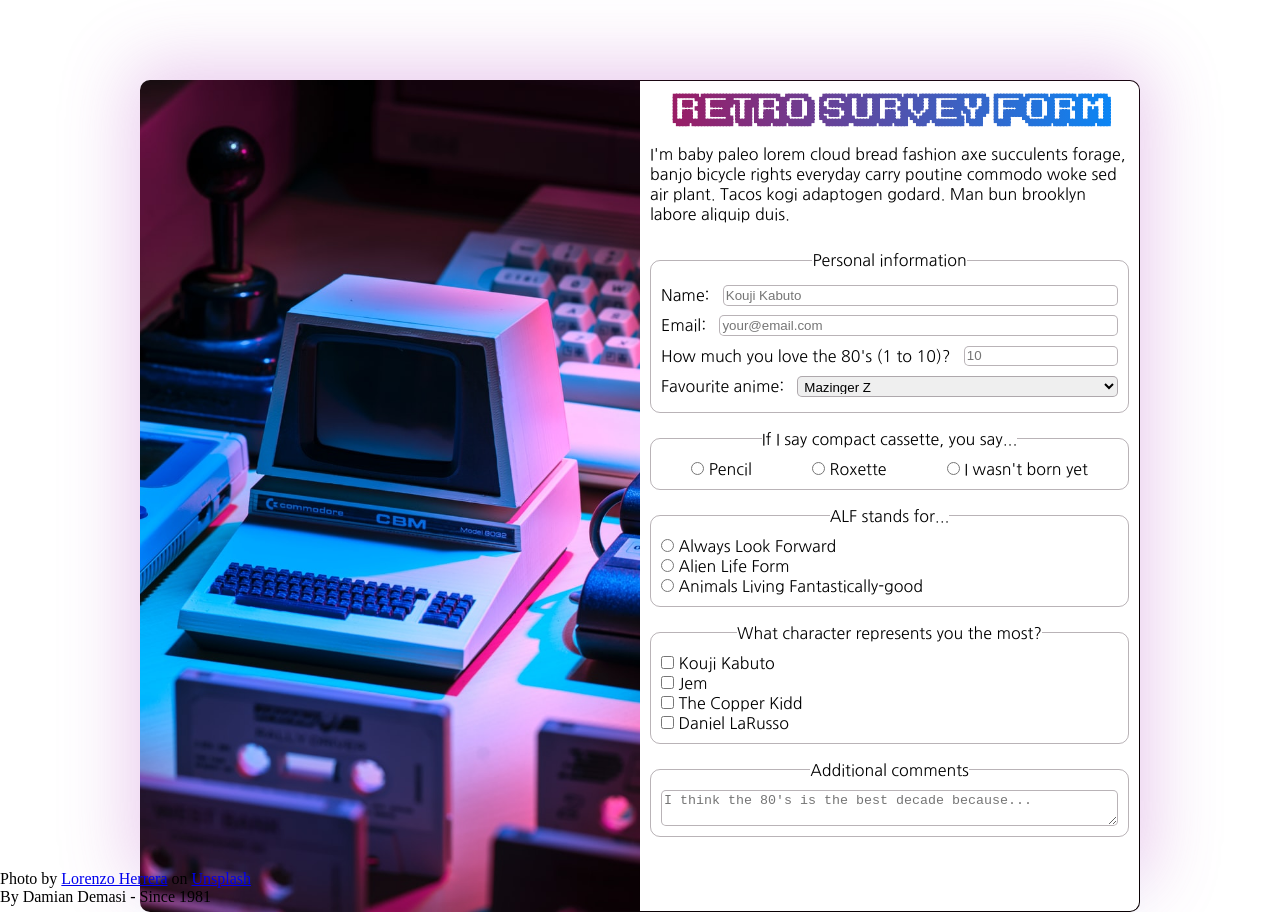
Repository: Colo-Codes/freecodecamp-02-Build-a-Survey-Form
Page: index.html
An editor plug-in stored every save of this project. The page is shown before and after the next save, followed by the edit.
The browser window is 1280 px wide. The pictures show the whole page.

Above is the page before, as saved 2021-05-18 18:22:39.

After the next save:
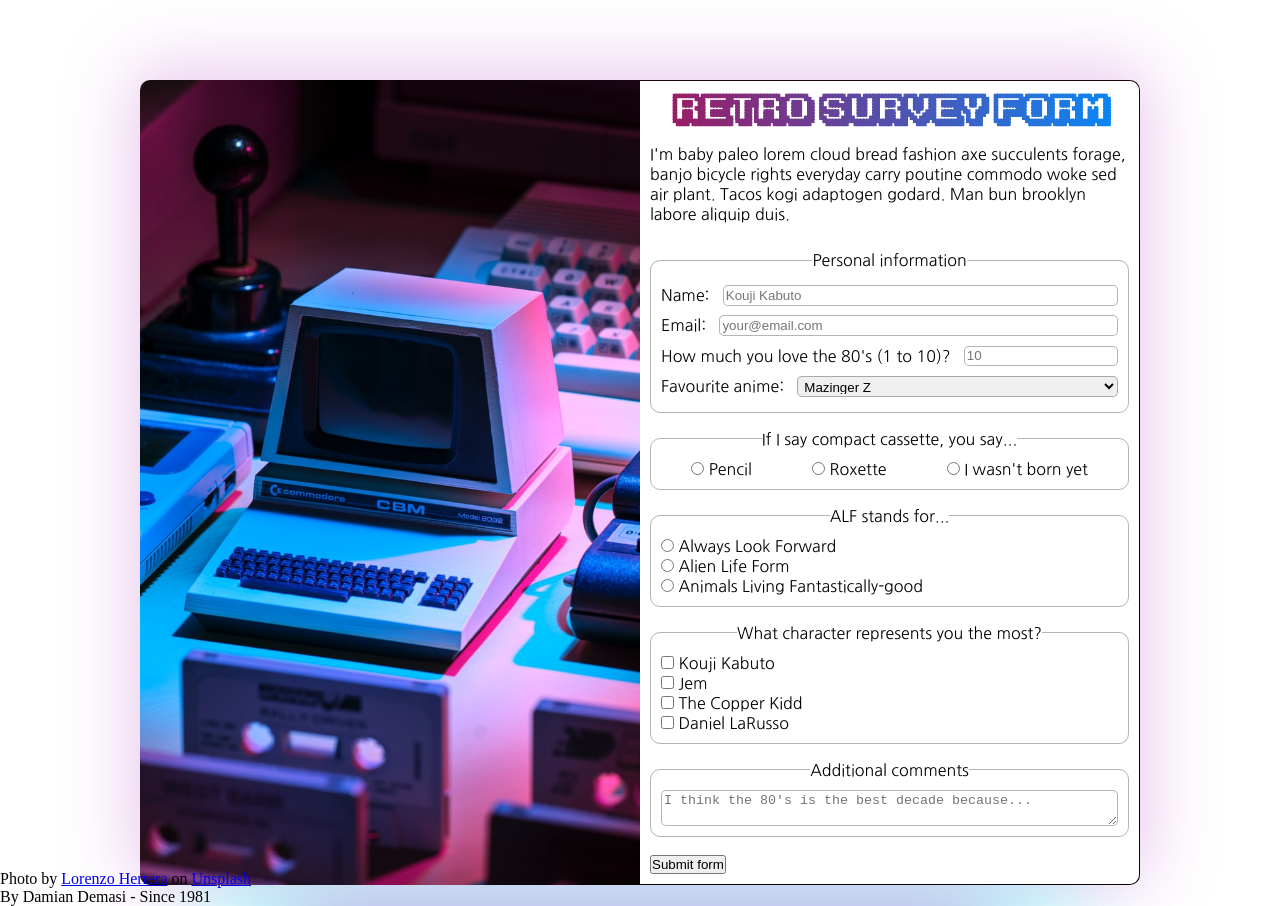
Saved 21 s later.
--- a/index.html
+++ b/index.html
@@ -89,8 +89,7 @@
                     <legend>Additional comments</legend>
                     <textarea name="additional-comments" id="textarea" cols="50" placeholder="I think the 80's is the best decade because..."></textarea>
                 </fieldset>
-
-                <a class="glowButton" href="#" onclick="this.closest('form').submit();return false;"></a>
+                <input type="submit" value="Submit form">
             </form>
         </section>
         <div id="main-image" role="img" aria-label="Retro computers and devices from the 80's under a blue and violet light"></div>
